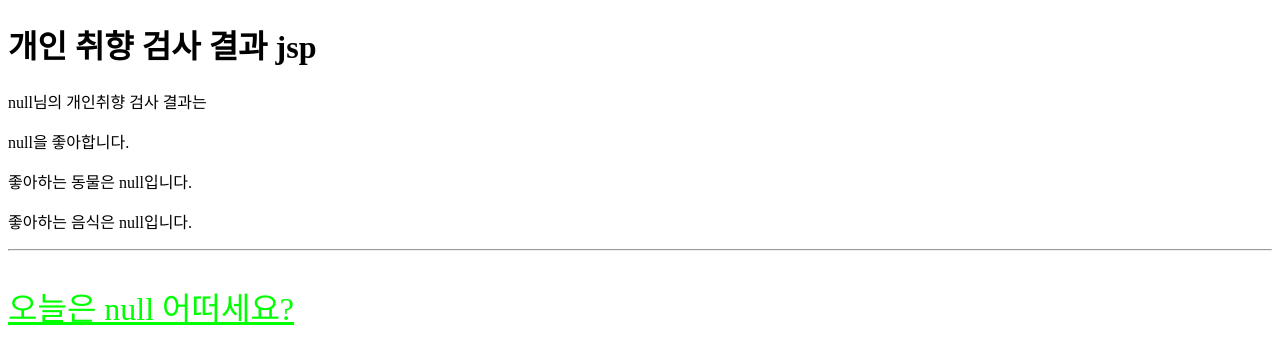
Repository: dygksqkr12/Server
Page: http://localhost/01_helloweb/servlet/testPersonEnd.jsp
An editor plug-in stored every save of this project. The page is shown before and after the next save, followed by the edit.
The browser window is 1280 px wide. The pictures show the whole page.
The page is served by Tomcat 9. The template is opened directly, without the code that normally fills it, so the values that code supplies are empty.

Above is the page before, as saved 2021-03-24 08:31:47.

After the next save:
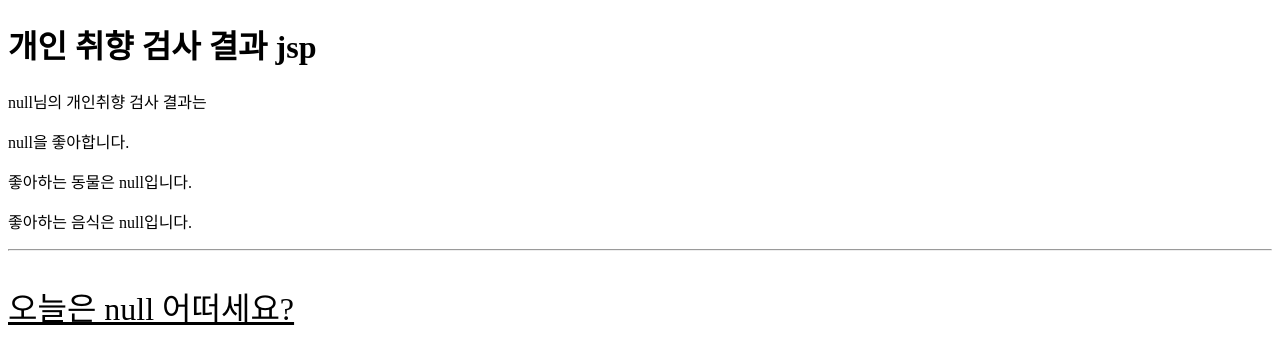
Saved 7 s later.
--- a/01_helloweb/WebContent/servlet/testPersonEnd.jsp
+++ b/01_helloweb/WebContent/servlet/testPersonEnd.jsp
@@ -34,7 +34,7 @@
 <style>
 .recommendation {
 	font-size: 2em;
-	color: lime;
+	color: colorName;
 	text-decoration: underline;
 }
 </style>
